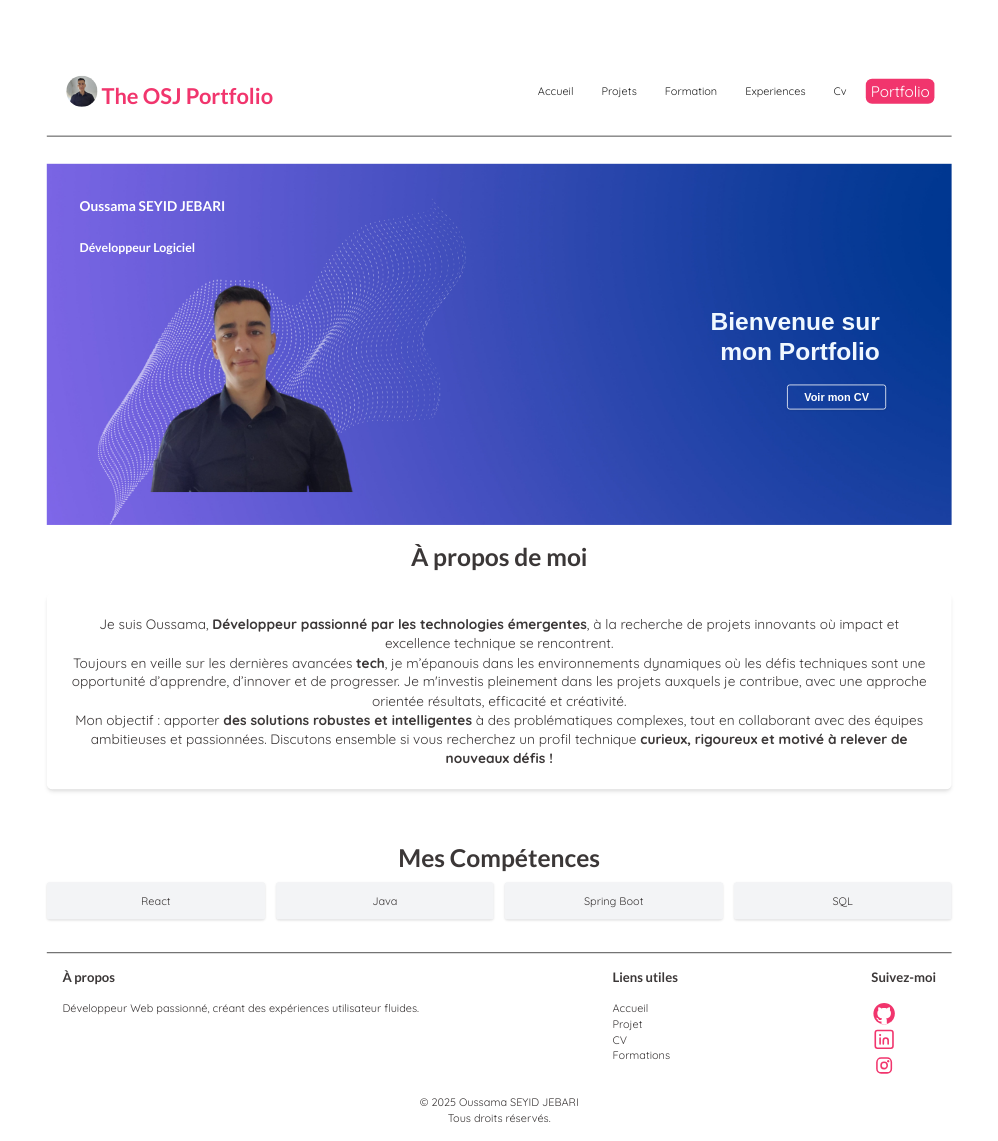
Repository: OussamSJ/Portfolio
Page: /
The author's editor kept a copy of each file at every save. The page is drawn from the files as they stood at one save, then again after the next save.
The browser window is 1280 px wide. The pictures show the whole page, at 78% of full size.
The project was rebuilt for these pictures with package versions that can differ from the ones it lists, and the page was loaded fresh each time. Also part of the build but not shown: src/BlogList.js, src/Cv.js, src/Expcomponent.js, src/Experiences.js, src/FormationComponent.js, src/Formation.js, src/projets/ProjetComponent.js, src/projets/Projet.js and 3 more.

Above is the page before, as saved 2025-07-23 12:50:50.

After the next save:
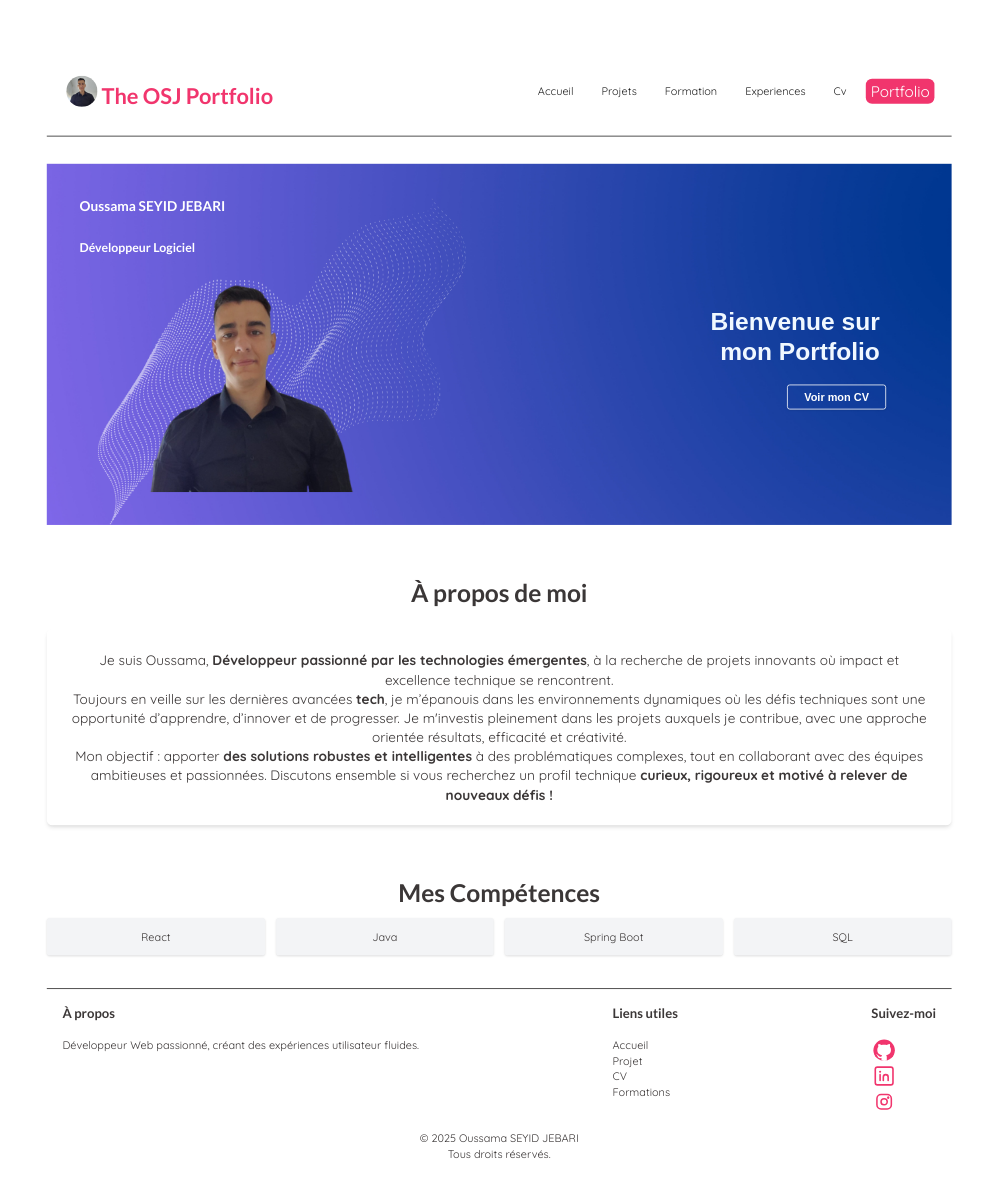
Saved 13 s later.
--- a/src/Home.js
+++ b/src/Home.js
@@ -49,7 +49,7 @@
         </div>
 
       </div>
-      <h2 className="text-4xl font-bold mb-8 text-center ">À propos de moi</h2>
+      <h2 className="text-4xl font-bold mb-8 text-center mt-20 ">À propos de moi</h2>
       <section className="bg-white text-gray-800 p-8 rounded-lg shadow-md my-8 w-full h-full mx-auto text-center">
         <p className="text-xl mb-6">
           Je suis Oussama,  <strong>Développeur passionné par les technologies émergentes</strong>, à la recherche de projets innovants où impact et excellence technique se rencontrent.<br />
